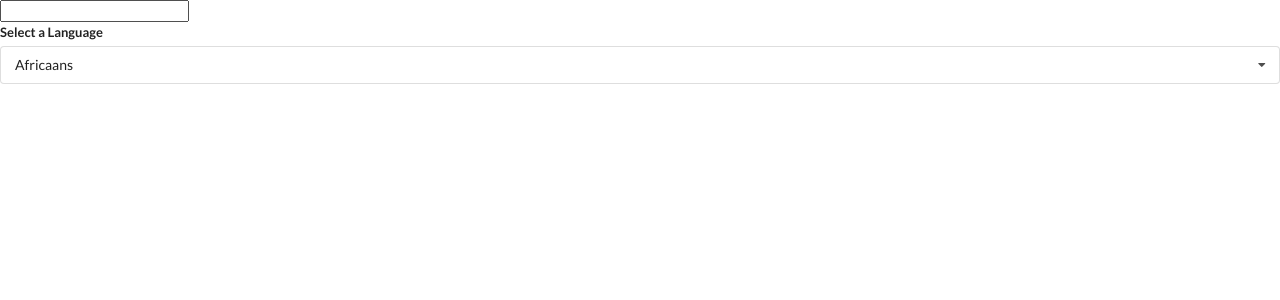
Repository: EgorSherstnev/widgets
Page: /
These files come from the project's save history. The page is drawn as it stood at one moment and after the next save; the edit follows.
The browser window is 1280 px wide. The pictures show the whole page.
Some web libraries are served in a nearby version. The project was rebuilt for these pictures with package versions that can differ from the ones it lists, and the page was loaded fresh each time. Also part of the build but not shown: src/components/Accordion.js, src/components/Search.js.

Above is the page before, as saved 2022-11-06 15:04:27.

### public/index.html
<!DOCTYPE html>
<html lang="en">
  <head>
    <meta charset="utf-8" />
    <link rel="icon" href="%PUBLIC_URL%/favicon.ico" />
    <meta name="viewport" content="width=device-width, initial-scale=1" />
    <meta name="theme-color" content="#000000" />
    <meta
      name="description"
      content="Web site created using create-react-app"
    />
    <link rel="apple-touch-icon" href="%PUBLIC_URL%/logo192.png" />
    <link rel="stylesheet" href="https://cdnjs.cloudflare.com/ajax/libs/semantic-ui/2.5.0/semantic.min.css" />
    <!--
      manifest.json provides metadata used when your web app is installed on a
      user's mobile device or desktop. See https://developers.google.com/web/fundamentals/web-app-manifest/
    -->
    <link rel="manifest" href="%PUBLIC_URL%/manifest.json" />
    <!--
      Notice the use of %PUBLIC_URL% in the tags above.
      It will be replaced with the URL of the `public` folder during the build.
      Only files inside the `public` folder can be referenced from the HTML.

      Unlike "/favicon.ico" or "favicon.ico", "%PUBLIC_URL%/favicon.ico" will
      work correctly both with client-side routing and a non-root public URL.
      Learn how to configure a non-root public URL by running `npm run build`.
    -->
    <title>React App</title>
  </head>
  <body>
    <noscript>You need to enable JavaScript to run this app.</noscript>
    <div id="root"></div>
    <!--
      This HTML file is a template.
      If you open it directly in the browser, you will see an empty page.

      You can add webfonts, meta tags, or analytics to this file.
      The build step will place the bundled scripts into the <body> tag.

      To begin the development, run `npm start` or `yarn start`.
      To create a production bundle, use `npm run build` or `yarn build`.
    -->
  </body>
</html>

### src/index.js
import React from "react";
import ReactDOM from "react-dom";
import App from "./App";


ReactDOM.render(<App />, document.querySelector('#root'))

### src/App.js
import React, { useState } from "react";
import Accordion from "./components/Accordion";
import Search from "./components/Search";
import Dropdown from "./components/Dropdown";
import Translate from "./components/Translate";

const items = [
    {
        title: 'What is React?',
        content: 'React is a front end javascript framework'
    },
    {
        title: 'Why use React?',
        content: 'React is a favorite library among engineers'
    },
    {
        title: 'How do you use React?',
        content: 'You use React by creating components'
    }
];

const options = [
    {
        label: 'The Color Red',
        value: 'red'
    },
    {
        label: 'The Color Green',
        value: 'green'
    },
    {
        label: 'A Shade of Blue',
        value: 'blue'
    }
];

export default () => {
    return (
        <div>
            <Translate />
        </div>
    );
};

### src/components/Dropdown.js
import React, { useState, useEffect, useRef } from "react";

const Dropdown = ({ options, selected, onSelectedChange, label }) => {
    const [open, setOpen] = useState(false);
    const ref = useRef();

    useEffect(() => {
        const onBodyClick = (event) => {
          if (ref.current.contains(event.target)) {
            return;
          }
          setOpen(false);
        };
        document.body.addEventListener("click", onBodyClick, { capture: true });

        return () => {
          document.body.removeEventListener("click", onBodyClick, {
            capture: true,
          });
        };
      }, []);

    const renderedOptions = options.map((option) => {
        if(option.value === selected.value) {
            return null;
        };

        return(
            <div
                key={option.value}
                className="item"
                onClick={() => onSelectedChange(option)}
            >
                {option.label}
            </div>
        );
    });

    return (
        <div ref={ref} className="ui form">
            <div className="field">
                <label className="label">{label}</label>
                <div
                    onClick={() => setOpen(!open)}
                    className={`ui selection dropdown ${open ? 'visible active' : ''}`}
                >
                    <i className="dropdown icon"></i>
                    <div className="text">{selected.label}</div>
                    <div className={`menu ${open ? 'visible transition' : ''}`}>
                        {renderedOptions}
                    </div>
                </div>
            </div>
        </div>
    );
};

export default Dropdown;

### src/components/Translate.js
import React, { useState } from "react";
import Dropdown from "./Dropdown";

const options = [
    {
        label: 'Africaans',
        value: 'af'
    },
    {
        label: 'Arabic',
        value: 'ar'
    },
    {
        label: 'Hindi',
        value: 'hi'
    },
];

const Translate = () => {
    const [language, setLangeage] = useState(options[0]);
    const [text, setText] = useState('');

    return (
        <div>
            <input value={text} onChange={(e) => setText(e.target.value)}/>
            <Dropdown
                label="Select a Language"
                selected={language}
                onSelectedChange={setLangeage}
                options={options}
            />
        </div>
    );
};

export default Translate;

After the next save:
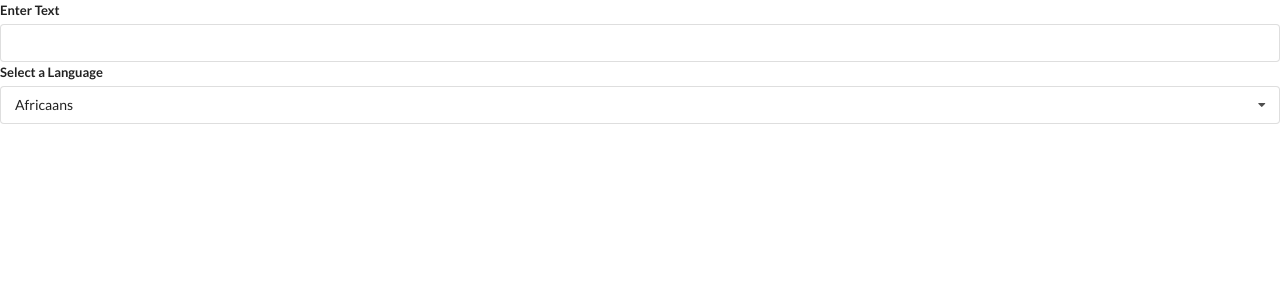
Saved 10 min 24 s later.
--- a/src/components/Translate.js
+++ b/src/components/Translate.js
@@ -22,7 +22,13 @@
 
     return (
         <div>
-            <input value={text} onChange={(e) => setText(e.target.value)}/>
+            <div className="ui form">
+                <div className="field">
+                    <label>Enter Text</label>
+                    <input value={text} onChange={(e) => setText(e.target.value)}/>
+                </div>
+            </div>
+
             <Dropdown
                 label="Select a Language"
                 selected={language}
